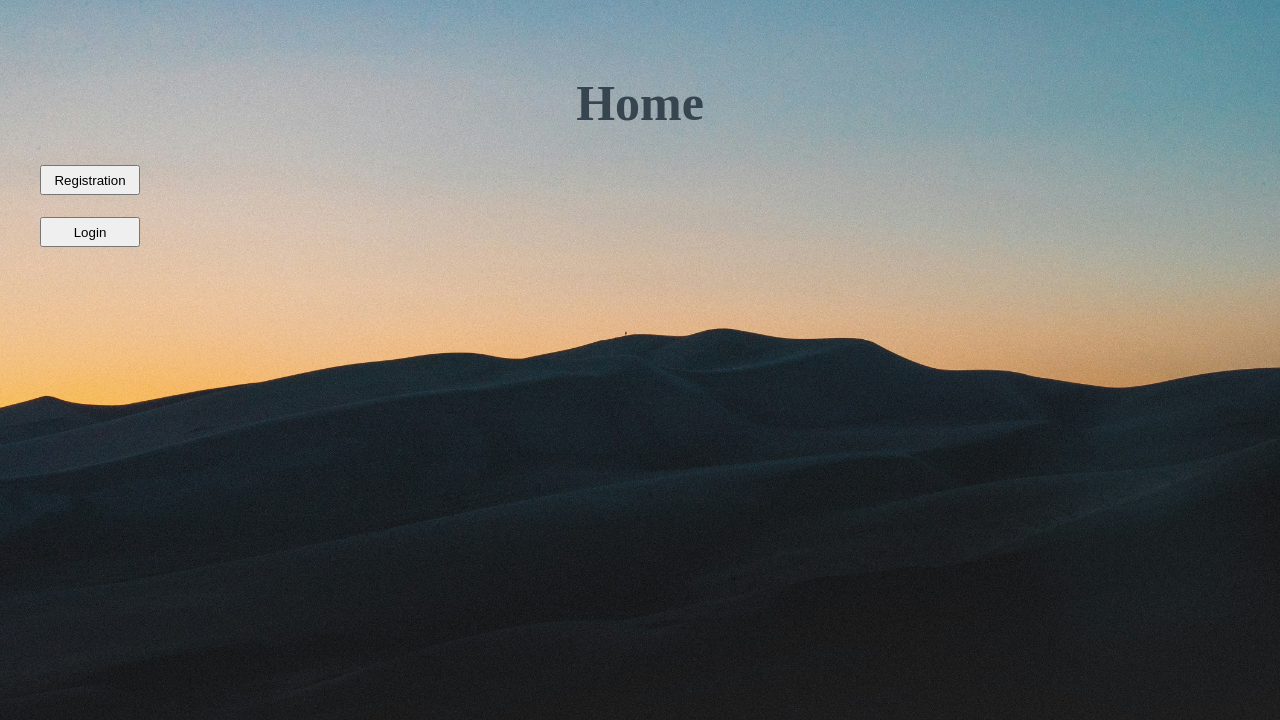
Repository: aboli-vyas/Servlet_Projects
Page: http://localhost/Sevlet_Project/
These files come from the project's save history. The page is drawn as it stood at one moment and after the next save; the edit follows.
The browser window is 1280 px wide. The pictures show the whole page.
The page is served by Tomcat 9. Other server files are loaded and not shown.

Above is the page before, as saved 2025-06-09 15:57:32.

### Sevlet_Project/src/main/webapp/index.html
<!DOCTYPE html>
<html>
<head>
<meta charset="UTF-8">
<title>Insert title here</title>
<link rel="stylesheet" href="style3.css">
</head>
<body>

<h1>Home</h1>
<div class="button1">
<button>Registration</button>
<br><br>
<button>Login</button>
</div>
</body>
</html>

### Sevlet_Project/src/main/webapp/style3.css
body {
    font-family: 'Segoe UI', Tahoma, Geneva, Verdana, sans-serif;
    background: linear-gradient(120deg, #f6f9fc, #e0f7fa);
    background-image: url("Images/bg3.jpg");
    background-size: cover;
    background-position: center;
    background-repeat: no-repeat;
    background-attachment: fixed;
    margin: 0;
    padding: 40px;
}
h1{
	color: 	#36454F;
	font-family: "Font Name", fallback-font, generic-family;
	font-size: 50px;
	text-align: center;
}
button{
	width:100px;
	height: 30px;
}

After the next save:
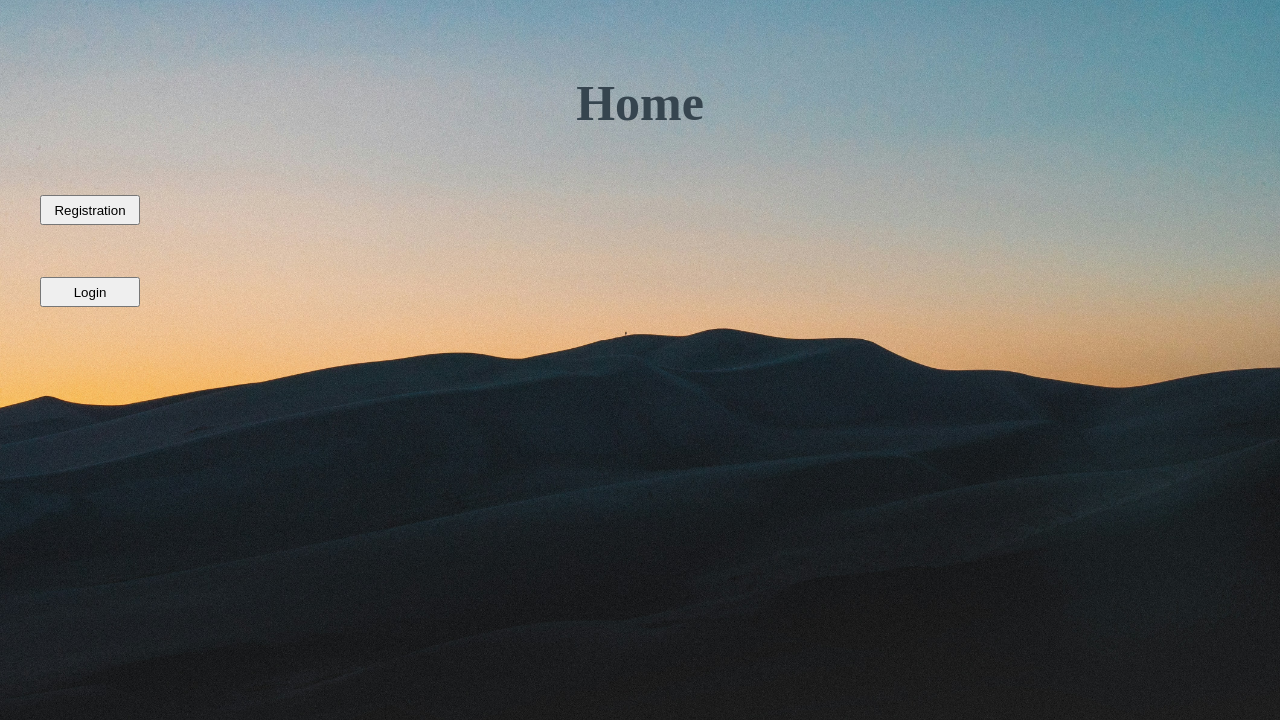
Saved 41 s later.
--- a/Sevlet_Project/src/main/webapp/style3.css
+++ b/Sevlet_Project/src/main/webapp/style3.css
@@ -18,4 +18,6 @@ h1{
 button{
 	width:100px;
 	height: 30px;
+	margin-top: 30px;
+	margin-left:
 }
